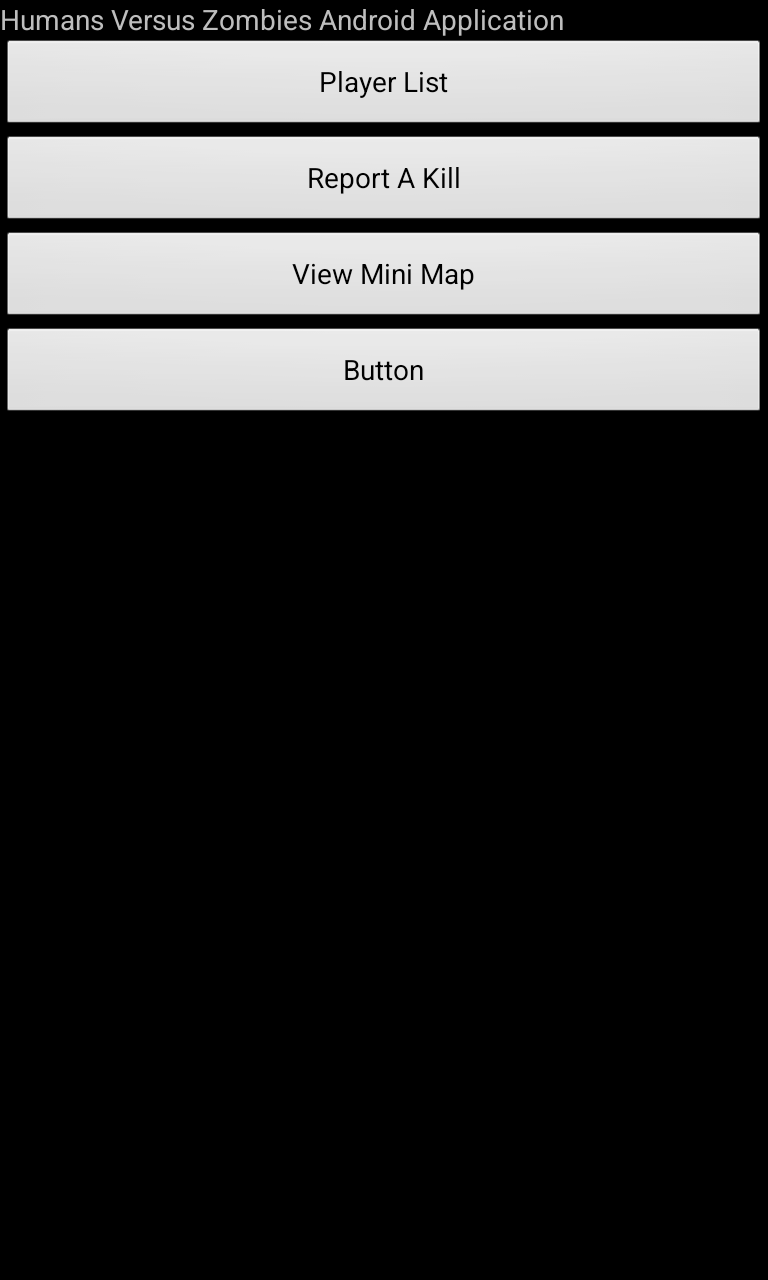
Repository: rolsen/HvZ
Layout: HvZ_phone/res/layout/main.xml
An editor plug-in stored every save of this project. The layout is shown before and after the next save, followed by the edit.
It is drawn on a 768 x 1280 px phone screen (xhdpi) without system bars, with theme android:Theme; the app's code is not run.

Above is the layout before, as saved 2011-11-05 00:12:15.

### HvZ_phone/res/layout/main.xml
<?xml version="1.0" encoding="utf-8"?>
<LinearLayout xmlns:android="http://schemas.android.com/apk/res/android"
    android:layout_width="fill_parent"
    android:layout_height="fill_parent"
    android:orientation="vertical" >

    <TextView
        android:layout_width="fill_parent"
        android:layout_height="wrap_content"
        android:text="@string/hello" />

    <LinearLayout
        android:id="@+id/linearLayout1"
        android:layout_width="match_parent"
        android:layout_height="wrap_content"
        android:orientation="vertical" >
    </LinearLayout>

    <Button
        android:id="@+id/button1"
        android:layout_width="match_parent"
        android:layout_height="wrap_content"
        android:text="Player List" />

    <Button
        android:id="@+id/button2"
        android:layout_width="match_parent"
        android:layout_height="wrap_content"
        android:text="Report A Kill" />


    <Button
        android:id="@+id/button3"
        android:layout_width="match_parent"
        android:layout_height="wrap_content"
        android:text="View Mini Map" />


    <Button
        android:id="@+id/button4"
        android:layout_width="match_parent"
        android:layout_height="wrap_content"
        android:text="Button" />

</LinearLayout>

### HvZ_phone/res/values/strings.xml
<?xml version="1.0" encoding="utf-8"?>
<resources>

    <string name="hello">Humans Versus Zombies Android Application</string>
    <string name="app_name">HvZ</string>
	<string name="menu_text">Function call to get player list here!</string>
    <string name="menu_title">Player List Menu Title</string>
</resources>

After the next save:
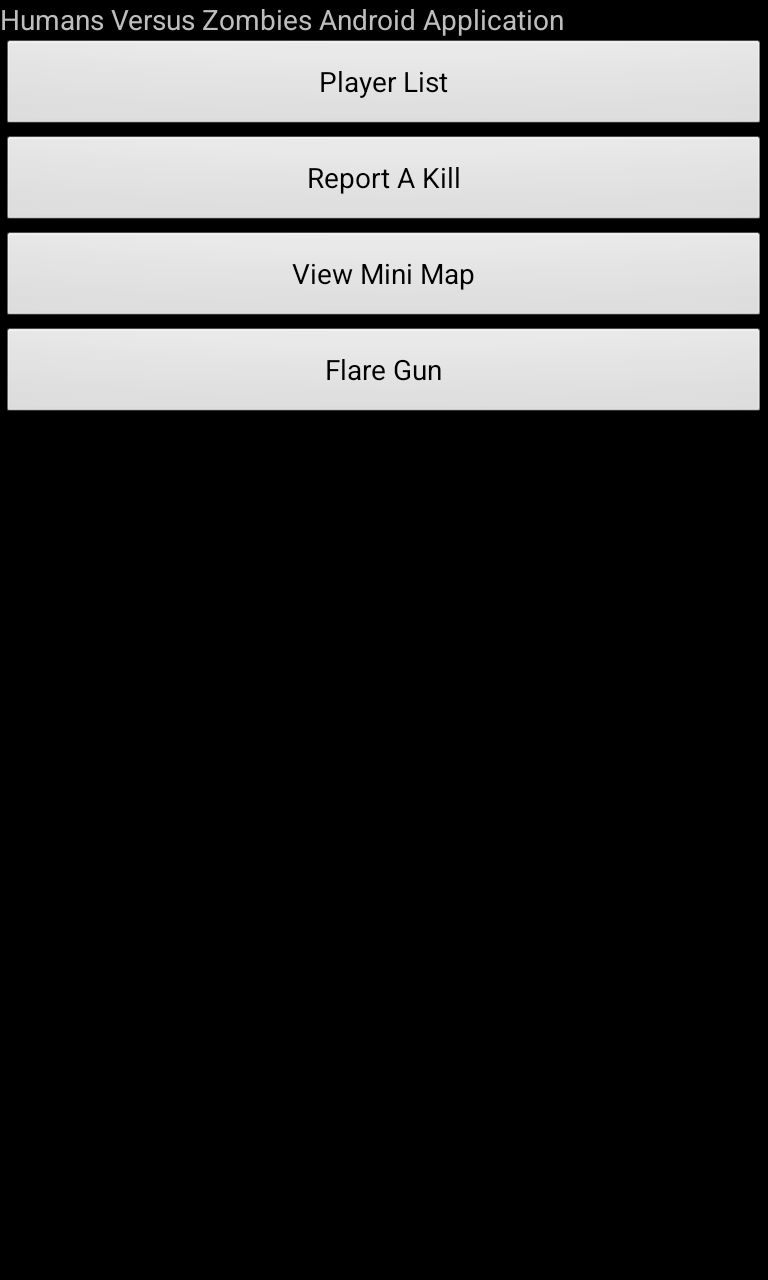
Saved 62 s later.
--- a/HvZ_phone/res/layout/main.xml
+++ b/HvZ_phone/res/layout/main.xml
@@ -40,6 +40,6 @@
         android:id="@+id/button4"
         android:layout_width="match_parent"
         android:layout_height="wrap_content"
-        android:text="Button" />
+        android:text="Flare Gun" />
 
 </LinearLayout>
